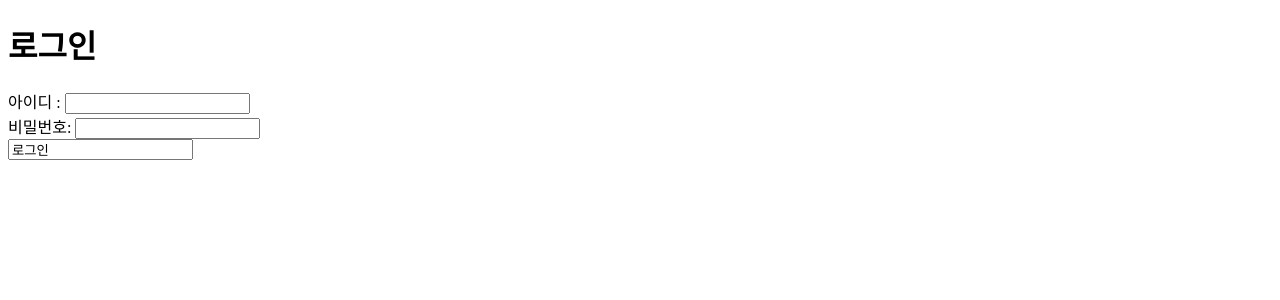
Repository: ReadStar/Jsp_MVC
Page: http://localhost/Test2/loginGet.jsp
An editor plug-in stored every save of this project. The page is shown before and after the next save, followed by the edit.
The browser window is 1280 px wide. The pictures show the whole page.
The page is served by Tomcat 9.

Above is the page before, as saved 2020-11-03 00:20:33.

After the next save:
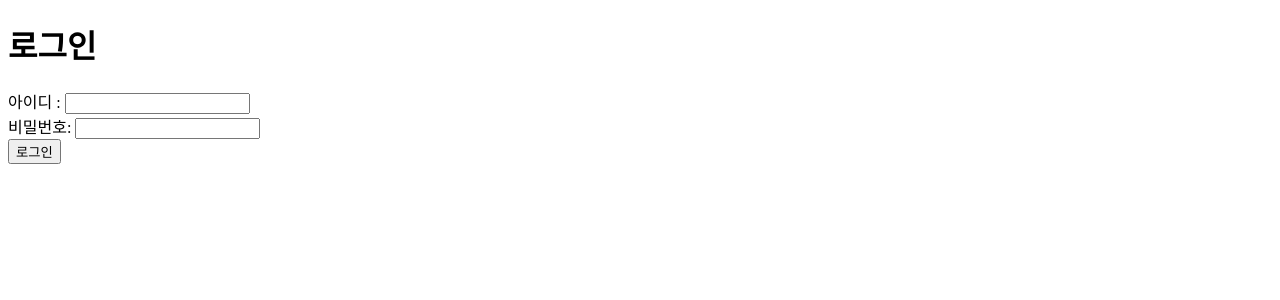
Saved 41 s later.
--- a/Test2/WebContent/loginGet.jsp
+++ b/Test2/WebContent/loginGet.jsp
@@ -11,7 +11,7 @@
 <form action="" method="get">
 	아이디 : <input type="text" id="id"><br>
 	비밀번호: <input type="password" id="pass"><br>
-	<input type="subimit" value="로그인">
+	<input type="submit" value="로그인">
 </form>
 </body>
 </html>
